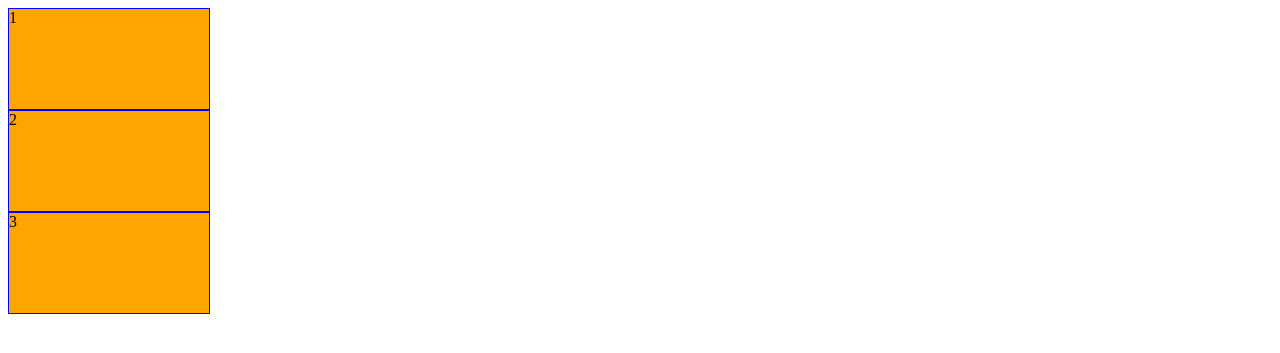
Repository: ddochiisrich/Ddochi-Web
Page: http://localhost/JSPClassCh06/flex_layout01.jsp
An editor plug-in stored every save of this project. The page is shown before and after the next save, followed by the edit.
The browser window is 1280 px wide. The pictures show the whole page.
The page is served by Tomcat 9.

Above is the page before, as saved 2024-04-09 01:40:46.

After the next save:
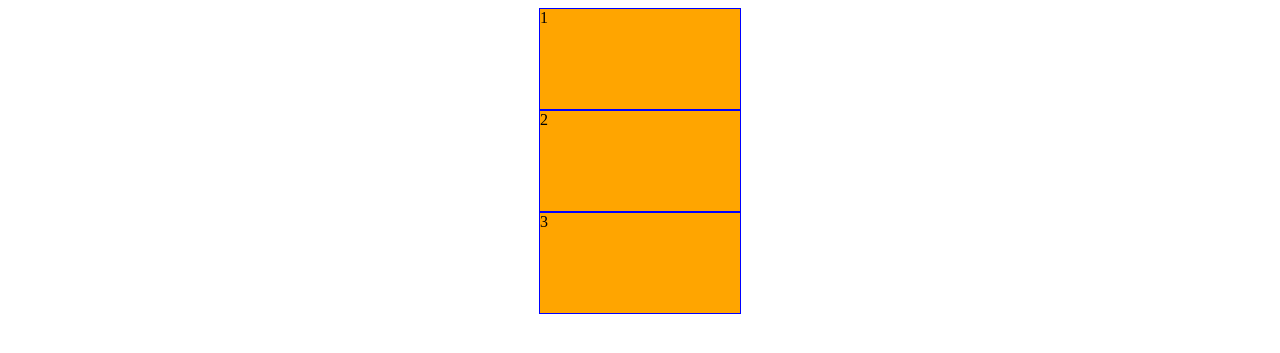
Saved 10 s later.
--- a/JSPClassCh06/src/main/webapp/flex_layout01.jsp
+++ b/JSPClassCh06/src/main/webapp/flex_layout01.jsp
@@ -10,7 +10,7 @@
 	#box{
 		display:flex;
 		flex-direction: column;
-		align-item: center;
+		align-items: center;
 	}
 	.item{
 		border: 1px solid blue;
